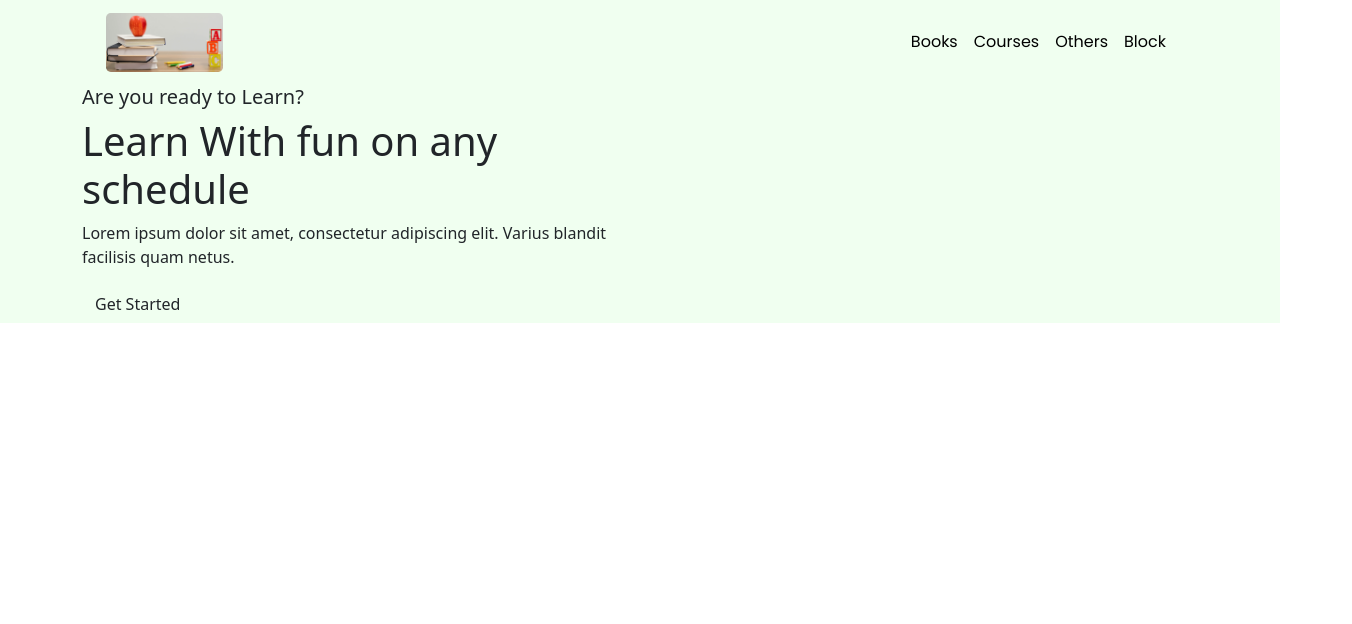
Repository: zjria/Figma-to-E-school
Page: index.html
The author's editor kept a copy of each file at every save. The page is drawn from the files as they stood at one save, then again after the next save.
The browser window is 1280 px wide. The page is 1280 px wide, then 1352 px, so the pictures cover 1352 px, including what lies to the right of the window. The pictures show the whole page.
Some web libraries are served in a nearby version.

Above is the page before, as saved 2022-05-06 15:13:55.

After the next save:
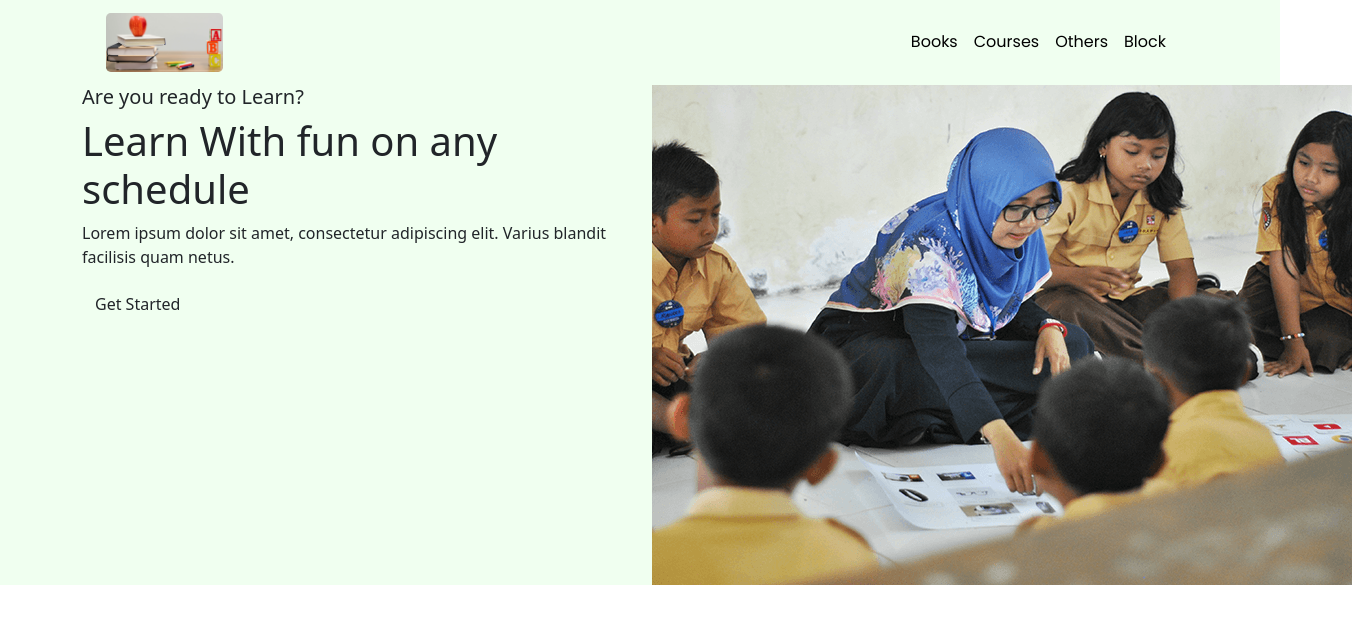
Saved 12 min 27 s later.
--- a/index.html
+++ b/index.html
@@ -55,7 +55,9 @@
                 <p>Lorem ipsum dolor sit amet, consectetur adipiscing elit. Varius blandit facilisis quam netus.</p>
                 <a href="" class="btn btn-custom">Get Started</a>
               </div>
-              <div class="col-md-6"></div>
+              <div class="col-md-6">
+                <img src="images/hero-img.png" alt="">
+              </div>
             </div>
         </div>
     </section>
